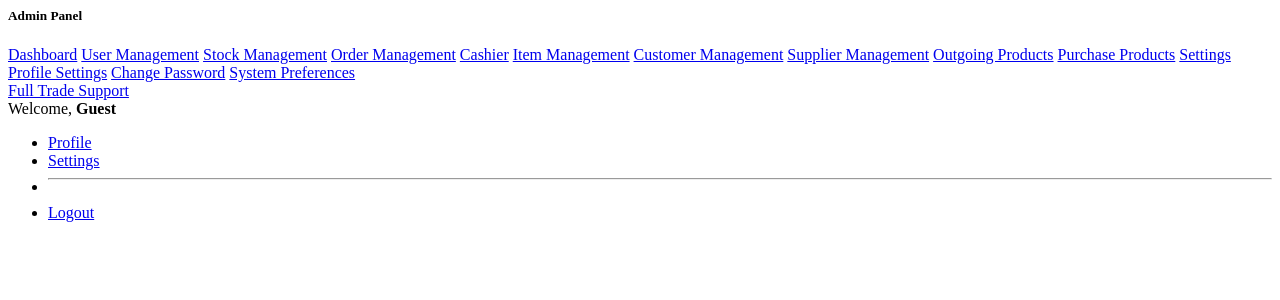
Repository: LakviduUpasara/onlineSparePartsManagementSystem
Page: http://localhost/Spare_parts_Management_Systems/Nav.jsp
An editor plug-in stored every save of this project. The page is shown before and after the next save, followed by the edit.
The browser window is 1280 px wide. The pictures show the whole page.
The page is served by Tomcat 9.

Above is the page before, as saved 2025-05-15 05:43:09.

After the next save:
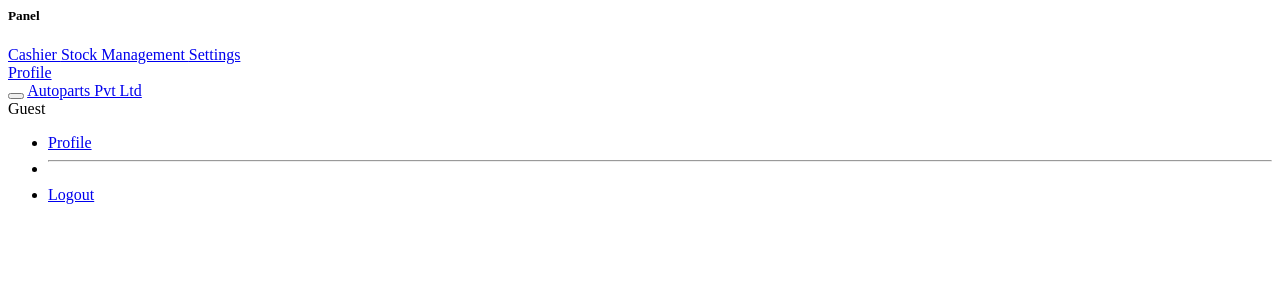
Saved 53 s later.
--- a/Project/Project/Spare_parts_Management_Systems/src/main/webapp/Nav.jsp
+++ b/Project/Project/Spare_parts_Management_Systems/src/main/webapp/Nav.jsp
@@ -1,44 +1,81 @@
-<%@ page language="java" contentType="text/html; charset=UTF-8"
-    pageEncoding="UTF-8"%>
-  <!-- Sidebar -->
-  <div class="sidebar">
-    <h5>Admin Panel</h5>
-    <a href="dashboard.jsp"><i class="fas fa-chart-line me-2"></i> Dashboard</a>
-    <a href="GetAllServlet"><i class="fas fa-users me-2"></i>User Management</a>
-    <a href="#"><i class="fas fa-boxes me-2"></i>Stock Management</a>
-    <a href="#"><i class="fas fa-shopping-cart me-2"></i>Order Management</a>
-    <a href="#"><i class="fas fa-cash-register me-2"></i>Cashier</a>
-    <a href="#"><i class="fas fa-box me-2"></i>Item Management</a>
-    <a href="#"><i class="fas fa-user-friends me-2"></i>Customer Management</a>
-    <a href="supplier-list"><i class="fas fa-truck me-2"></i>Supplier Management</a>
-    <a href="#"><i class="fas fa-arrow-up-right-from-square me-2"></i>Outgoing Products</a>
-    <a href="#"><i class="fas fa-arrow-down-to-line me-2"></i>Purchase Products</a>
-    <a href="#" data-bs-toggle="collapse" data-bs-target="#settingsMenu"><i class="fas fa-gear me-2"></i>Settings</a>
-    <div class="collapse ms-3" id="settingsMenu">
-      <a href="profile.jsp" class="d-block mt-1"><i class="fas fa-id-badge me-2"></i>Profile Settings</a>
-      <a href="#" class="d-block mt-1"><i class="fas fa-lock me-2"></i>Change Password</a>
-      <a href="#" class="d-block mt-1"><i class="fas fa-sliders-h me-2"></i>System Preferences</a>
+ <%
+        String userRole = (String) session.getAttribute("userRole");
+    %>
+    <!-- Sidebar -->
+    <div class="sidebar" id="sidebar">
+        <h5 class="text-center fw-bold">
+            <%= userRole != null ? userRole + " Panel" : "Panel" %>
+        </h5>
+        <% if ("Manager".equals(userRole) || "Admin".equals(userRole)) { %>
+            <a href="${pageContext.request.contextPath}/dashboard">
+                <i class="fas fa-chart-line me-2"></i> Dashboard
+            </a>
+        <% } %>
+        <a href="${pageContext.request.contextPath}/cashier">
+            <i class="fas fa-cash-register me-2"></i> Cashier
+        </a>
+        <% if ("Admin".equals(userRole) || "Manager".equals(userRole)) { %>
+            <a href="${pageContext.request.contextPath}/GetAllServlet">
+                <i class="fas fa-users me-2"></i> User Management
+            </a>
+        <% } %>
+        <% if (!"Cashier".equals(userRole)) { %>
+            <a href="${pageContext.request.contextPath}/item-list">
+                <i class="fas fa-boxes me-2"></i> Stock Management
+            </a>
+        <% } %>
+        <% if ("Stock Manager".equals(userRole)) { %>
+            <a href="${pageContext.request.contextPath}/order-management">
+                <i class="fas fa-shopping-cart me-2"></i> Order Management
+            </a>
+            <a href="${pageContext.request.contextPath}/item-list">
+                <i class="fas fa-box me-2"></i> Item Management
+            </a>
+        <% } %>
+        <% if ("Admin".equals(userRole) || "Manager".equals(userRole)) { %>
+            <a href="${pageContext.request.contextPath}/supplier-list">
+                <i class="fas fa-truck me-2"></i> Supplier Management
+            </a>
+        <% } %>
+        <a href="#" data-bs-toggle="collapse" data-bs-target="#settingsMenu">
+            <i class="fas fa-gear me-2"></i> Settings
+        </a>
+        <div class="collapse ms-3" id="settingsMenu">
+            <a href="${pageContext.request.contextPath}/profile.jsp" class="d-block mt-1">
+                <i class="fas fa-sliders-h me-2"></i> Profile
+            </a>
+        </div>
     </div>
-  </div>
 
-  <!-- Main Content -->
-  <div class="main-content w-100">
-    <nav class="navbar navbar-expand-lg navbar-light px-4">
-      <a class="navbar-brand fw-bold" href="#">Full Trade Support</a>
-      <div class="ms-auto d-flex align-items-center">
-        <span class="me-3">
-          Welcome, <strong><%= session.getAttribute("userName") != null ? session.getAttribute("userName") : "Guest" %></strong>
-        </span>
-        <div class="dropdown">
-          <a class="btn btn-light dropdown-toggle" href="#" role="button" data-bs-toggle="dropdown">
-            <i class="fas fa-user-circle fa-lg"></i>
-          </a>
-          <ul class="dropdown-menu dropdown-menu-end">
-            <li><a class="dropdown-item" href="profile.jsp"><i class="fas fa-id-badge me-2"></i>Profile</a></li>
-            <li><a class="dropdown-item" href="#"><i class="fas fa-cogs me-2"></i>Settings</a></li>
-            <li><hr class="dropdown-divider"></li>
-            <li><a class="dropdown-item text-danger" href="logout.jsp"><i class="fas fa-sign-out-alt me-2"></i>Logout</a></li>
-          </ul>
-        </div>
-      </div>
-    </nav>
+    <!-- Main Content -->
+    <div class="main-content w-100">
+        <nav class="navbar navbar-expand-lg navbar-light bg-white px-4 shadow-sm">
+            <button class="navbar-toggler me-2" type="button" data-bs-toggle="collapse" data-bs-target="#navbarContent" aria-controls="navbarContent" aria-expanded="false" aria-label="Toggle navigation">
+                <span class="navbar-toggler-icon"></span>
+            </button>
+            <a class="navbar-brand fw-bold" href="#">Autoparts Pvt Ltd</a>
+            <div class="collapse navbar-collapse" id="navbarContent">
+                <div class="ms-auto d-flex align-items-center">
+                    <%= session.getAttribute("Name") != null ? session.getAttribute("Name") : "Guest" %>
+
+                    <div class="dropdown">
+                        <a class="btn btn-light dropdown-toggle" href="#" role="button" data-bs-toggle="dropdown">
+                            <i class="fas fa-user-circle fa-lg"></i>
+                        </a>
+                        <ul class="dropdown-menu dropdown-menu-end">
+                            <li>
+                                <a class="dropdown-item" href="${pageContext.request.contextPath}/profile.jsp">
+                                    <i class="fas fa-id-badge me-2"></i> Profile
+                                </a>
+                            </li>
+                            <li><hr class="dropdown-divider"></li>
+                            <li>
+                                <a class="dropdown-item text-danger" href="${pageContext.request.contextPath}/LogoutServlet">
+                                    <i class="fas fa-sign-out-alt me-2"></i> Logout
+                                </a>
+                            </li>
+                        </ul>
+                    </div>
+                </div>
+            </div>
+        </nav>
